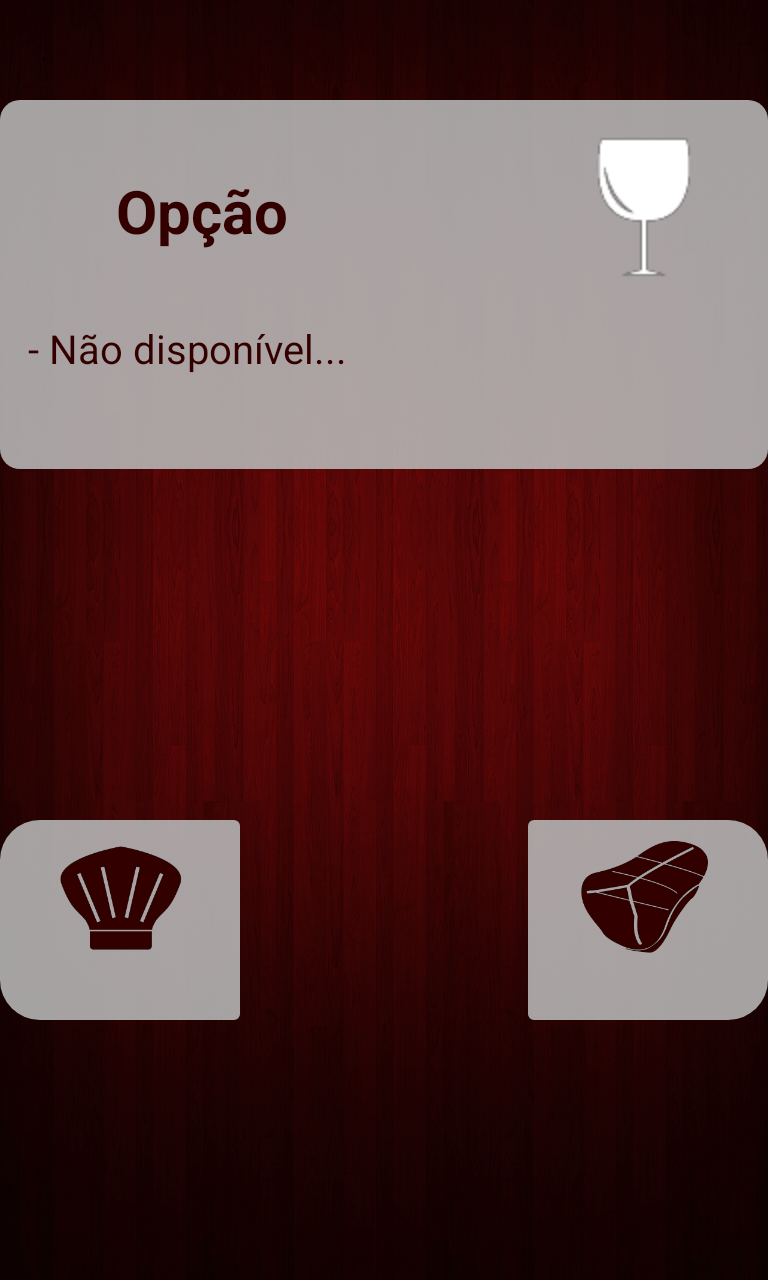
Repository: LuisFilipeDias/eMenu
Layout: SideMenuTutorial/res/layout/display_fragment.xml
An editor plug-in stored every save of this project. The layout is shown before and after the next save, followed by the edit.
It is drawn on a 768 x 1280 px phone screen (xhdpi) without system bars, with theme Theme.Sherlock; the app's code is not run.

Above is the layout before, as saved 2013-12-23 19:21:05.

After the next save:
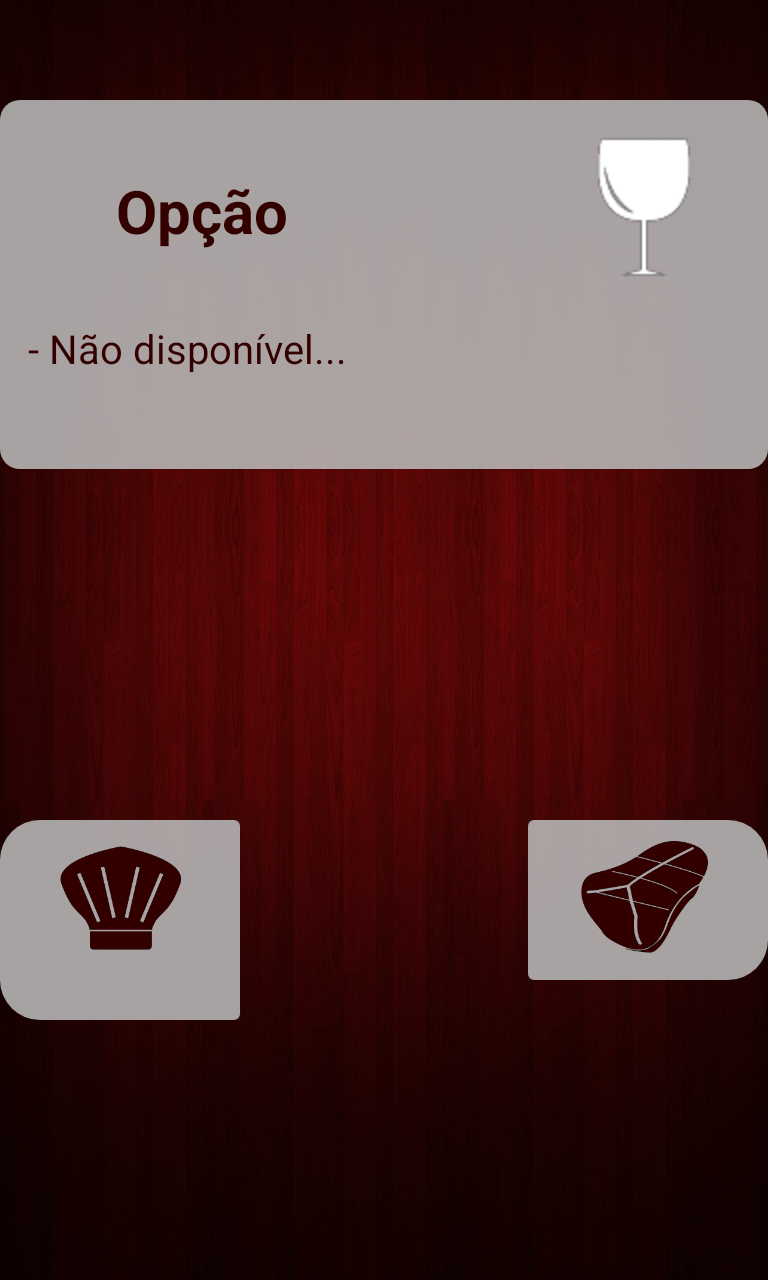
Saved 115 s later.
--- a/SideMenuTutorial/res/layout/display_fragment.xml
+++ b/SideMenuTutorial/res/layout/display_fragment.xml
@@ -111,7 +111,7 @@
                     android:textColor="@color/brown"
 	                android:textStyle="bold"
 	                android:layout_width="120dp"
-	                android:layout_height="100dp"
+	                android:layout_height="80dp"
 	                android:background="@drawable/right_tri_clicked"
 	                android:orientation="vertical"
 	                android:layout_alignParentRight="true"
